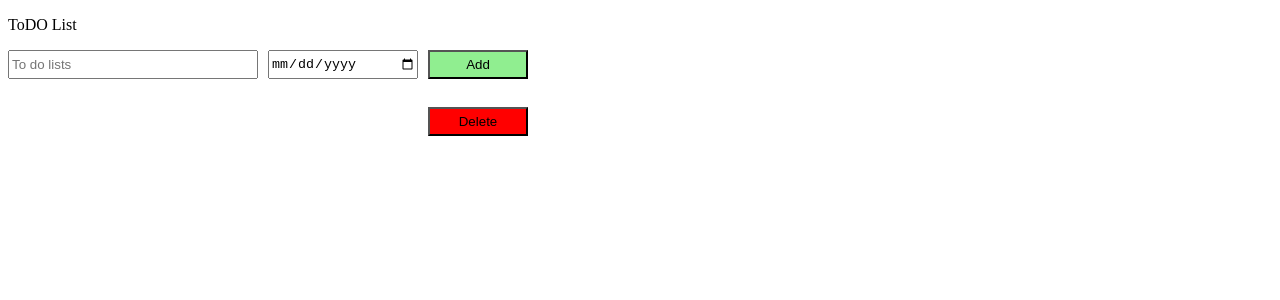
Repository: pgyunknown/ToDo-List
Page: index.html
These files come from the project's save history. The page is drawn as it stood at one moment and after the next save; the edit follows.
The browser window is 1280 px wide. The pictures show the whole page.

Above is the page before, as saved 2024-08-29 20:50:20.

After the next save:
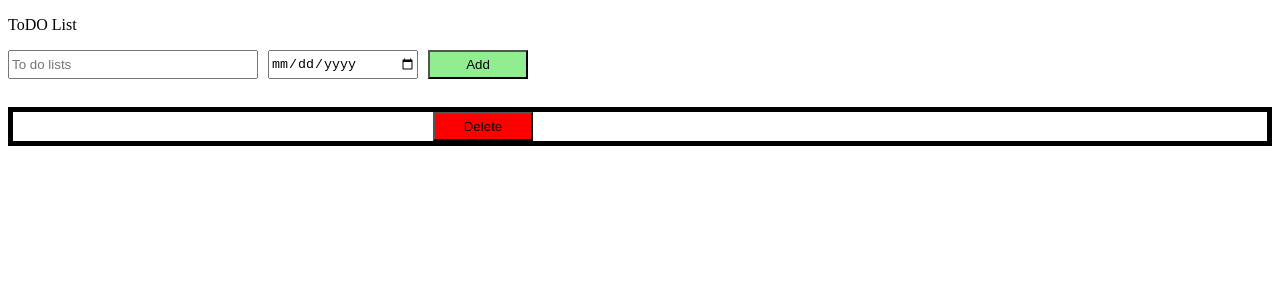
Saved 5 s later.
--- a/index.css
+++ b/index.css
@@ -3,7 +3,7 @@
   grid-template-columns: 250px 150px 100px;
   column-gap: 10px;
   row-gap: 10px;
-  border: 5px sl;
+  border: 5px solid black;
 
 }
 
